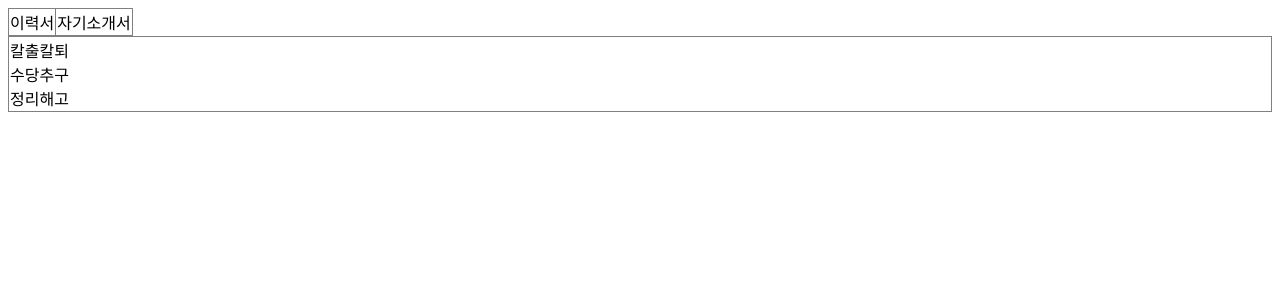
Repository: porivas/140630_Java
Page: http://localhost/web4_resume/totalLayout.jsp
These files come from the project's save history. The page is drawn as it stood at one moment and after the next save; the edit follows.
The browser window is 1280 px wide. The pictures show the whole page.
The page is served by Tomcat 9.

Above is the page before, as saved 2014-09-25 07:39:35.

### web4_resume/WebContent/totalLayout.jsp
<%@ page language="java" contentType="text/html; charset=UTF-8"
    pageEncoding="UTF-8"%>
<!DOCTYPE html PUBLIC "-//W3C//DTD HTML 4.01 Transitional//EN" "http://www.w3.org/TR/html4/loose.dtd">
<html>
<head>
<meta http-equiv="Content-Type" content="text/html; charset=UTF-8">
<title>Insert title here</title>
</head>
<body>
		<div id="button">
		<style type="text/css">
		  table {
		     border-collapse: collapse;
		  }
		</style>
		<table border="1" width=ralative>
			<tr align = "left">
				<td> 이력서  </td>
				<td> 자기소개서  </td>
			</tr>
		</table>
		</div>
		<div id="story2">
		<type = text/css>
		<style type="text/css">
		  table {
		     border-collapse: collapse;
		  }
		</style>
		<table border="1" width=100%>
			<tr align = "left">
				<td> 칼출칼퇴
				<br> 수당추구
				<br> 정리해고
				</td>
			</tr>
		</table>
		</div>
</body>
</html>

After the next save:
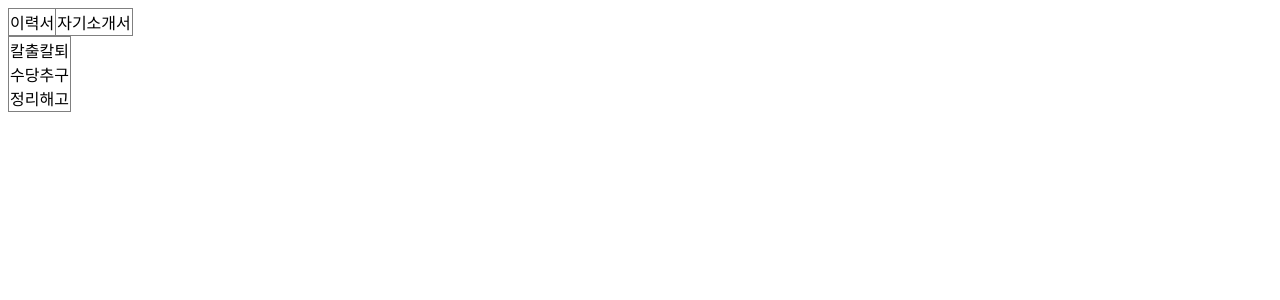
Saved 32 s later.
--- a/web4_resume/WebContent/totalLayout.jsp
+++ b/web4_resume/WebContent/totalLayout.jsp
@@ -27,7 +27,7 @@
 		     border-collapse: collapse;
 		  }
 		</style>
-		<table border="1" width=100%>
+		<table border="1" width=absolute>
 			<tr align = "left">
 				<td> 칼출칼퇴
 				<br> 수당추구

After the 2 saves that followed:
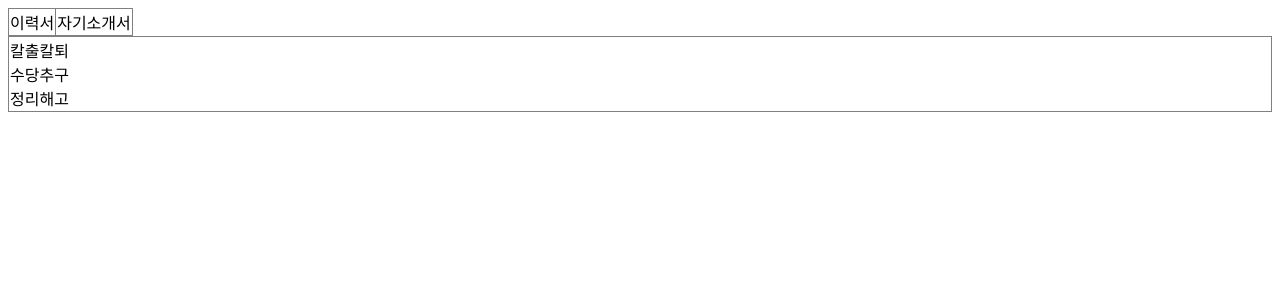
The 2 saves are shown as one change because 1 left the picture as it was.
The last was saved 25 s later.
--- a/web4_resume/WebContent/totalLayout.jsp
+++ b/web4_resume/WebContent/totalLayout.jsp
@@ -13,7 +13,7 @@
 		     border-collapse: collapse;
 		  }
 		</style>
-		<table border="1" width=ralative>
+		<table border="1" >
 			<tr align = "left">
 				<td> 이력서  </td>
 				<td> 자기소개서  </td>
@@ -27,7 +27,7 @@
 		     border-collapse: collapse;
 		  }
 		</style>
-		<table border="1" width=absolute>
+		<table border="1" width=100%>
 			<tr align = "left">
 				<td> 칼출칼퇴
 				<br> 수당추구
